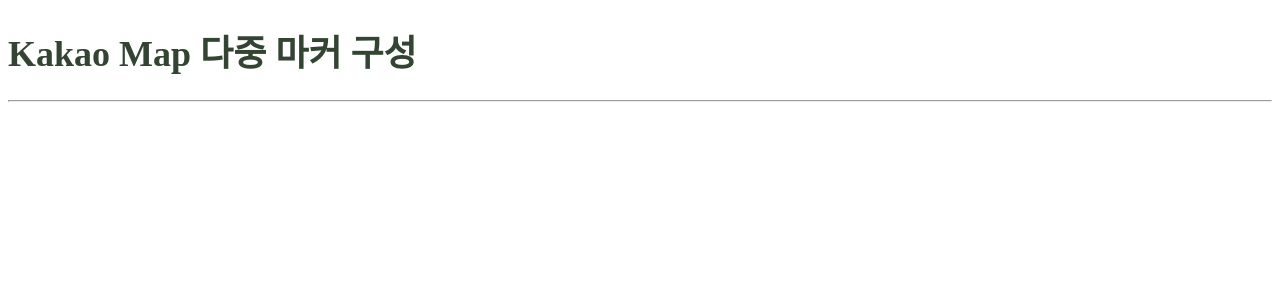
Repository: youngsik0405/KakaoMapStudy
Page: MapApp/WebContent/MapTest018.html
These files come from the project's save history. The page is drawn as it stood at one moment and after a run of saves; the edit follows.
The browser window is 1280 px wide. The pictures show the whole page.

Above is the page before, as saved 2025-03-11 03:46:38.
Console error: ReferenceError: initialize is not defined

### MapApp/WebContent/MapTest018.html
<!DOCTYPE html>
<html>
<head>
<meta charset="UTF-8">
<title>MapTest018.html</title>
<link rel="stylesheet" type="text/css" href="css/main.css">
</head>
<body onload="initialize()">

<!-- ○ 발급 받은 App Key -->
<!-- 3af3385ec0e17fc36675a7fccbb6a9a2 -->

<!-- ○ 지도의 중심 좌표(풍성빌딩) -->
<!-- 37.556529, 126.919510 -->

<!-- ○ 길건너 스타벅스 -->
<!-- 37.556870, 126.919994 -->

<!-- ○ 소림커피 -->
<!-- 37.55623672129038, 126.91944801898106 -->

<!-- ○ 컴포즈커피 -->
<!-- 37.55620825504394, 126.92065335784615 -->

<!-- ○ 메가커피 -->
<!-- 37.555949400717054, 126.92092525012661 -->

<!-- ○ 홍대입구역 2번출구 앞 스타벅스 -->
<!-- 37.557159, 126.923603 -->

<!-- ○ 맥심커피 -->
<!-- 37.556488644020355, 126.91892714324435 -->

<div>
	<h1>Kakao Map 다중 마커 구성</h1>
	<hr>
</div>

<div id="map" style="width: 100%; height: 400px;"></div>
<br>

</body>
</html>

### MapApp/WebContent/css/main.css
@charset "UTF-8";

/* main.css */

*
{
	font-family: 맑은 고딕;
	color: #334433;
}

body, p, div, span, input, table, th, td, select
{
	font-size: 18px;
}

.control
{
	border: 1px solid gray;
	border-radius: 3px;
}

.table
{
	border-collapse: collapse;
	width: 100%;
}

.table th, .table td
{
	border: 1px solid gray;
	border-left: 0px;
	border-right: 0px;
	padding: 3px;
	line-height: 150%;
}

.table th
{
	font-weight: bold;
	background-color: #eeeeee;
}

.btn
{
	font-weight: bold;
}

.btn:hover
{
	color: white;
	background-color: #778877;
}

After the next 2 saves:
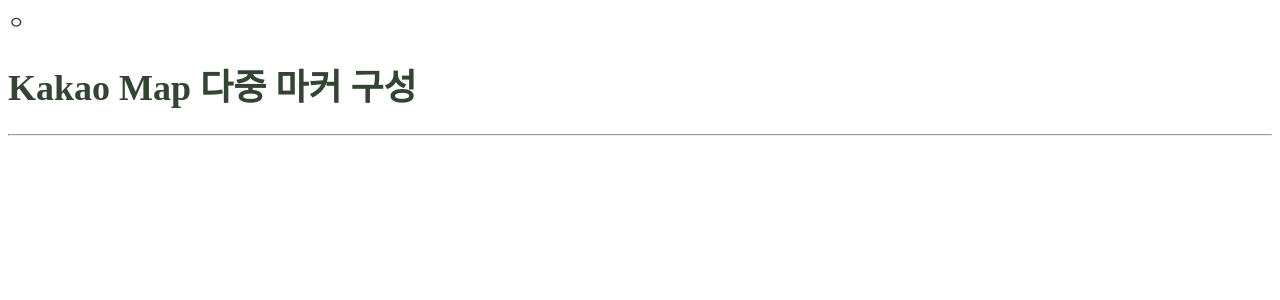
The 2 saves are shown as one change because they came seconds apart.
The last was saved 39 s later.
--- a/MapApp/WebContent/MapTest018.html
+++ b/MapApp/WebContent/MapTest018.html
@@ -13,8 +13,8 @@
 <!-- ○ 지도의 중심 좌표(풍성빌딩) -->
 <!-- 37.556529, 126.919510 -->
 
-<!-- ○ 길건너 스타벅스 -->
-<!-- 37.556870, 126.919994 -->
+<!-- ○ 스타벅스 -->
+<!-- 37.556861025043965, 126.9199821010452 -->
 
 <!-- ○ 소림커피 -->
 <!-- 37.55623672129038, 126.91944801898106 -->
@@ -24,10 +24,7 @@
 
 <!-- ○ 메가커피 -->
 <!-- 37.555949400717054, 126.92092525012661 -->
-
-<!-- ○ 홍대입구역 2번출구 앞 스타벅스 -->
-<!-- 37.557159, 126.923603 -->
-
+ㅇ
 <!-- ○ 맥심커피 -->
 <!-- 37.556488644020355, 126.91892714324435 -->
 
